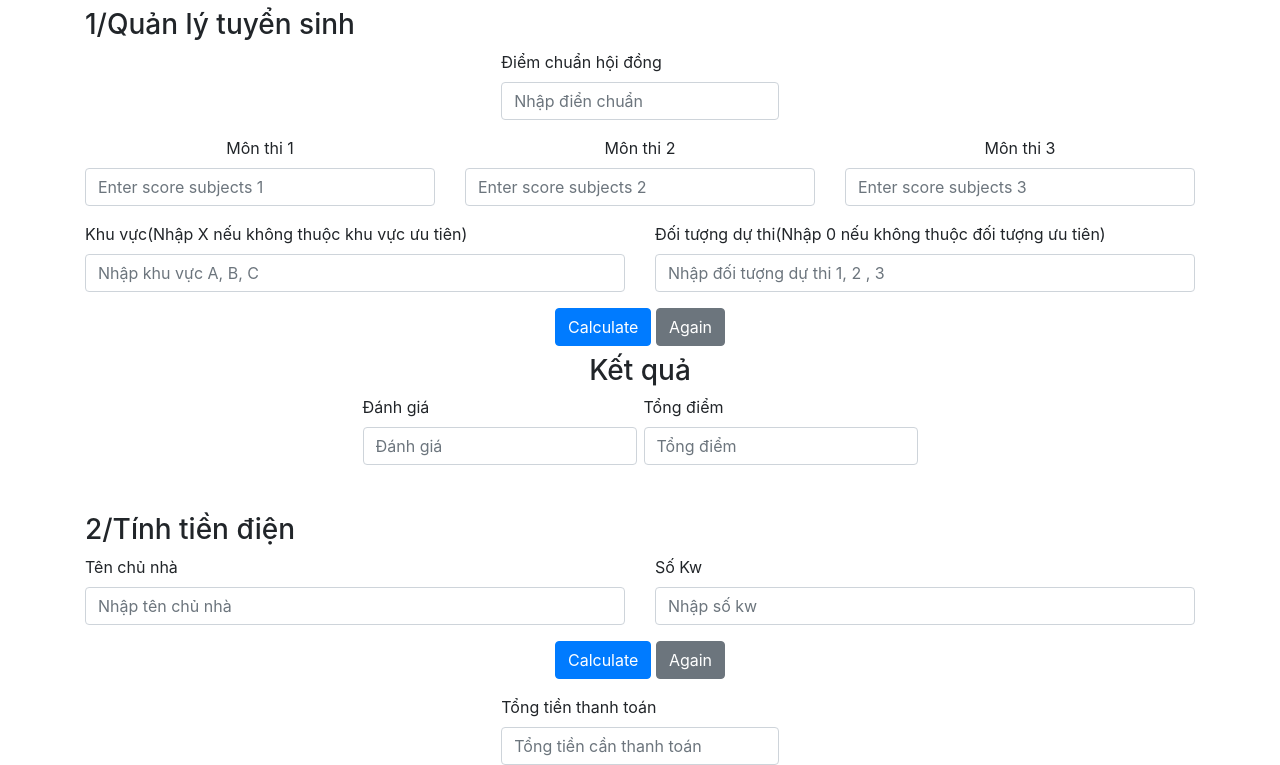
Repository: baobaodeveloper/bootcamp21__jsbasic4_HuynhAnhBao
Page: index.html
An editor plug-in stored every save of this project. The page is shown before and after the next save, followed by the edit.
The browser window is 1280 px wide. The pictures show the whole page.

Above is the page before, as saved 2022-03-13 19:21:49.

### index.html
<!DOCTYPE html>
<html lang="en">
  <head>
    <title>Exercise3</title>
    <!-- Required meta tags -->
    <meta charset="utf-8" />
    <meta
      name="viewport"
      content="width=device-width, initial-scale=1, shrink-to-fit=no"
    />

    <!-- Bootstrap CSS -->
    <link
      rel="stylesheet"
      href="https://stackpath.bootstrapcdn.com/bootstrap/4.3.1/css/bootstrap.min.css"
      integrity="sha384-ggOyR0iXCbMQv3Xipma34MD+dH/1fQ784/j6cY/iJTQUOhcWr7x9JvoRxT2MZw1T"
      crossorigin="anonymous"
    />
  </head>
  <body>
    <!-- 1/Quản lý tuyển sinh -->
    <div class="container mt-2">
      <h3>1/Quản lý tuyển sinh</h3>

      <div class="mb-3 w-25 m-auto">
        <label>Điểm chuẩn hội đồng</label>
        <input
          type="number"
          class="form-control"
          id="score"
          placeholder="Nhập điển chuẩn"
        />
      </div>

      <div class="row mt-3 text-center">
        <div class="col">
          <label>Môn thi 1</label>
          <input
            type="number"
            class="form-control"
            id="score1"
            placeholder="Enter score subjects 1"
          />
        </div>
        <div class="col">
          <label>Môn thi 2</label>
          <input
            type="number"
            class="form-control"
            id="score2"
            placeholder="Enter score subjects 2"
          />
        </div>
        <div class="col">
          <label>Môn thi 3</label>
          <input
            type="number"
            class="form-control"
            id="score3"
            placeholder="Enter score subjects 3"
          />
        </div>
      </div>

      <div class="row mt-3">
        <div class="col">
          <label>Khu vực(Nhập X nếu không thuộc khu vực ưu tiên)</label>
          <input
            type="text"
            class="form-control"
            placeholder="Nhập khu vực A, B, C"
            id="area"
          />
        </div>
        <div class="col">
          <label
            >Đối tượng dự thi(Nhập 0 nếu không thuộc đối tượng ưu tiên)</label
          >
          <input
            type="number"
            class="form-control"
            placeholder="Nhập đối tượng dự thi 1, 2 , 3"
            id="object"
          />
        </div>
      </div>

      <div class="text-center mt-3">
        <button type="button" class="btn btn-primary" id="scoreBtn">
          Calculate
        </button>
        <button type="button" class="btn btn-secondary" id="score-btn-again">
          Again
        </button>
      </div>

      <h3 class="text-center mt-2">Kết quả</h3>

      <div class="mb-3 w-50 d-flex m-auto justify-content-between">
        <div>
          <label>Đánh giá</label>
          <input
            type="email"
            class="form-control"
            placeholder="Đánh giá"
            id="evaluate"
          />
        </div>

        <div>
          <label>Tổng điểm</label>
          <input
            type="email"
            class="form-control"
            placeholder="Tổng điểm"
            id="total-score"
          />
        </div>
      </div>
    </div>

    <!-- 2/Tính tiền điện -->
    <div class="container mt-lg-5">
      <h3>2/Tính tiền điện</h3>
      <div class="row">
        <div class="col">
          <label class="form-label">Tên chủ nhà</label>
          <input
            type="text"
            class="form-control"
            id="host"
            placeholder="Nhập tên chủ nhà"
          />
        </div>
        <div class="col">
          <label class="form-label">Số Kw</label>
          <input
            type="number"
            id="number-kw"
            class="form-control"
            placeholder="Nhập số kw"
          />
        </div>
      </div>

      <div class="text-center mt-3">
        <button type="button" class="btn btn-primary" id="electricBill">
          Calculate
        </button>
        <button
          type="button"
          class="btn btn-secondary"
          id="score-electricbill-again"
        >
          Again
        </button>
      </div>

      <div class="w-25 m-auto pt-3">
        <label class="form-label">Tổng tiền thanh toán</label>
        <input
          type="number"
          class="form-control"
          id="host"
          placeholder="Tổng tiền cần thanh toán"
        />
      </div>
    </div>
    <!-- Optional JavaScript -->
    <!-- jQuery first, then Popper.js, then Bootstrap JS -->
    <script
      src="https://code.jquery.com/jquery-3.3.1.slim.min.js"
      integrity="sha384-q8i/X+965DzO0rT7abK41JStQIAqVgRVzpbzo5smXKp4YfRvH+8abtTE1Pi6jizo"
      crossorigin="anonymous"
    ></script>
    <script
      src="https://cdnjs.cloudflare.com/ajax/libs/popper.js/1.14.7/umd/popper.min.js"
      integrity="sha384-UO2eT0CpHqdSJQ6hJty5KVphtPhzWj9WO1clHTMGa3JDZwrnQq4sF86dIHNDz0W1"
      crossorigin="anonymous"
    ></script>
    <script
      src="https://stackpath.bootstrapcdn.com/bootstrap/4.3.1/js/bootstrap.min.js"
      integrity="sha384-JjSmVgyd0p3pXB1rRibZUAYoIIy6OrQ6VrjIEaFf/nJGzIxFDsf4x0xIM+B07jRM"
      crossorigin="anonymous"
    ></script>

    <script src="exercise1.js"></script>
  </body>
</html>

### exercise1.js
const score = document.getElementById("score");
const score1 = document.getElementById("score1");
const score2 = document.getElementById("score2");
const score3 = document.getElementById("score3");
const area = document.getElementById("area");
const objectStudent = document.getElementById("object");
const scoreBtn = document.getElementById("scoreBtn");
const scoreBtnAgain = document.getElementById("score-btn-again");
const evaluate = document.getElementById("evaluate");
const totalScore = document.getElementById("total-score");

scoreBtn.addEventListener("click", () => {
  if (!score.value || !score1.value || !score2.value || !score3.value) return;
  const scoreValue = +score.value;
  const score1Value = +score1.value;
  const score2Value = +score2.value;
  const score3Value = +score3.value;
  if (
    scoreValue <= 0 ||
    scoreValue > 30 ||
    score1Value < 0 ||
    score1Value > 10 ||
    score2Value < 0 ||
    score2Value > 10 ||
    score3Value < 0 ||
    score3Value > 10
  )
    return alert("Enter score invalid");
  if (score1Value === 0 || score2Value === 0 || score3Value === 0)
    return (evaluate.value = "Không Đạt");

  const scoreArea = areas();
  const scoreObjectStudent = objectStudents();

  const scoreTotalStudent =
    score1Value + score2Value + score3Value + scoreArea + scoreObjectStudent;

  if (scoreTotalStudent >= scoreValue) {
    evaluate.value = "Đạt";
  } else {
    evaluate.value = "Không Đạt";
  }
  totalScore.value = scoreTotalStudent;
});

const areas = () => {
  if (!area.value) return;
  const areaValue = area.value.toUpperCase();
  if (areaValue === "X") {
    return 0;
  } else if (areaValue === "A") {
    return 2;
  } else if (areaValue === "B") {
    return 1;
  } else if (areaValue === "C") {
    return 0.5;
  } else {
    return 0;
  }
};

const objectStudents = () => {
  if (!objectStudent) return;
  const objecStudenttValue = +object.value;

  if (objecStudenttValue === 0) {
    return 0;
  } else if (objecStudenttValue === 1) {
    return 2.5;
  } else if (objecStudenttValue === 2) {
    return 1.5;
  } else if (objecStudenttValue === 3) {
    return 1;
  } else {
    return 0;
  }
};

scoreBtnAgain.addEventListener("click", () => {
  score.value = "";
  score1.value = "";
  score2.value = "";
  score3.value = "";
  area.value = "";
  objectStudent.value = "";
  totalScore.value = "";
  evaluate.value = "";
});

After the next save:
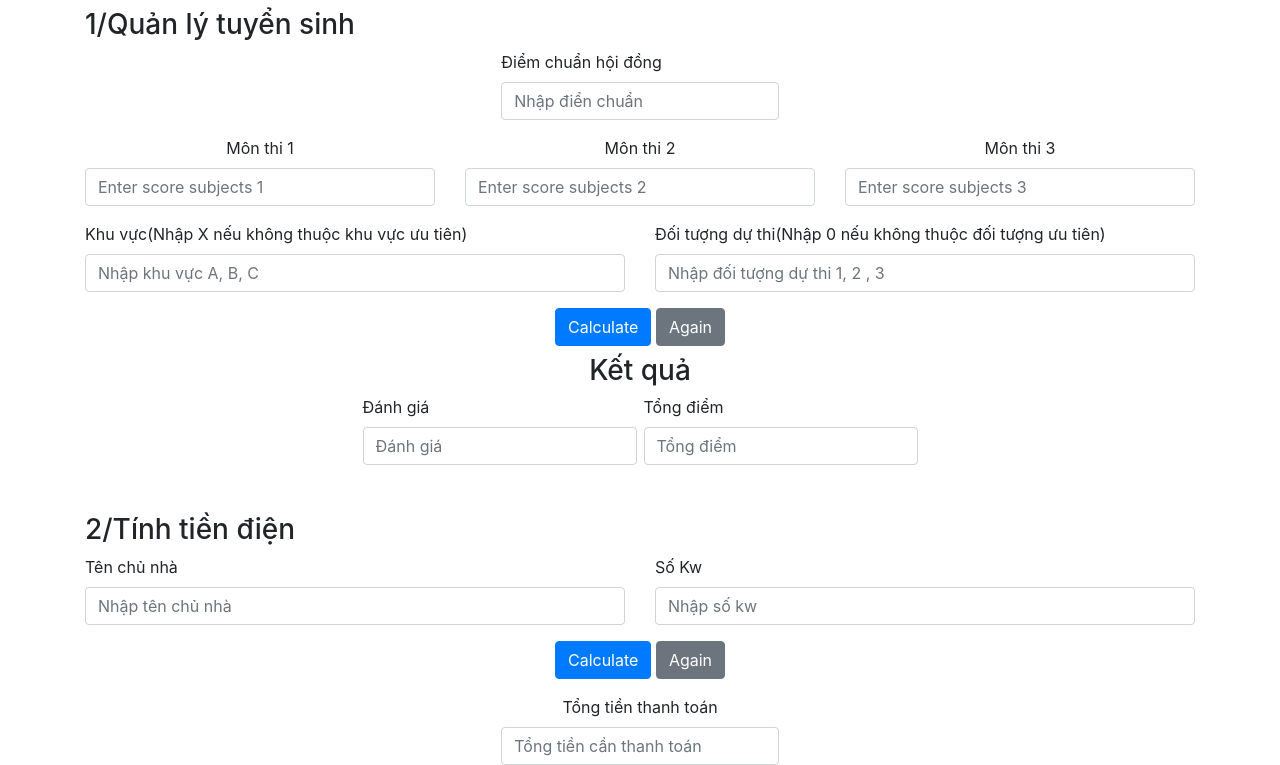
Saved 8 s later.
--- a/index.html
+++ b/index.html
@@ -156,7 +156,7 @@
         </button>
       </div>
 
-      <div class="w-25 m-auto pt-3">
+      <div class="w-25 m-auto pt-3 text-center">
         <label class="form-label">Tổng tiền thanh toán</label>
         <input
           type="number"
